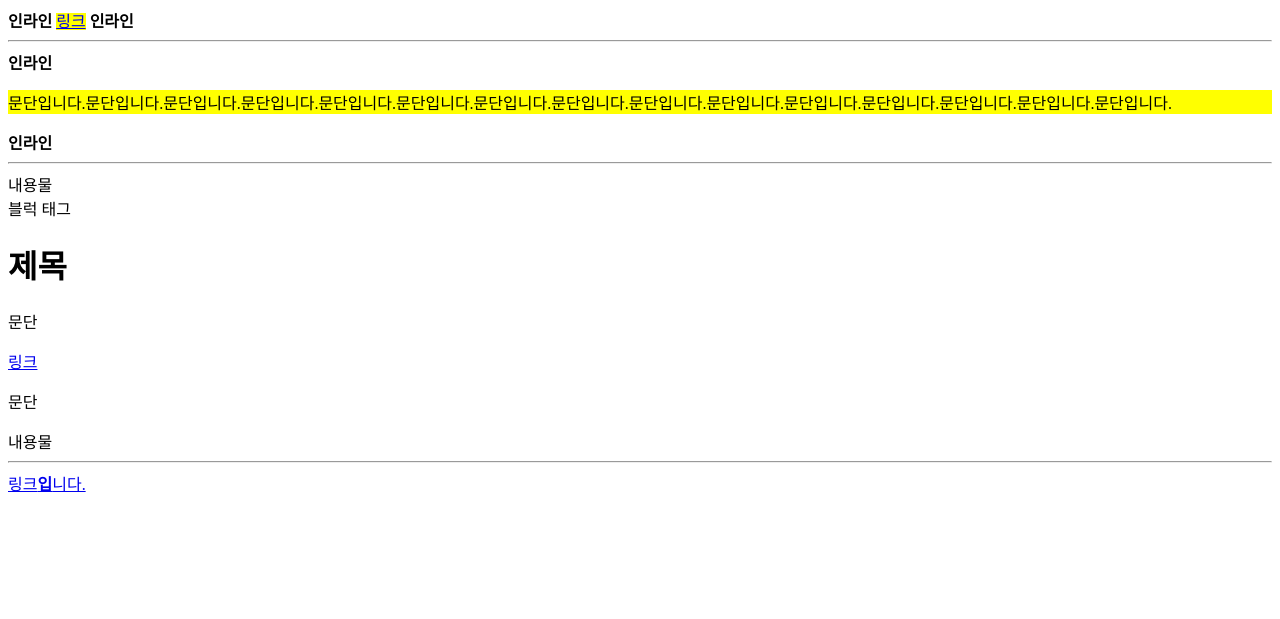
Repository: ssj5037/Class-Study
Page: [5] HTML, CSS, JavaScript/ClientTest/WebContent/Ex12_tag.html
The author's editor kept a copy of each file at every save. The page is drawn from the files as they stood at one save, then again after the next save.
The browser window is 1280 px wide. The pictures show the whole page.

Above is the page before, as saved 2020-06-19 03:27:07.

After the next save:
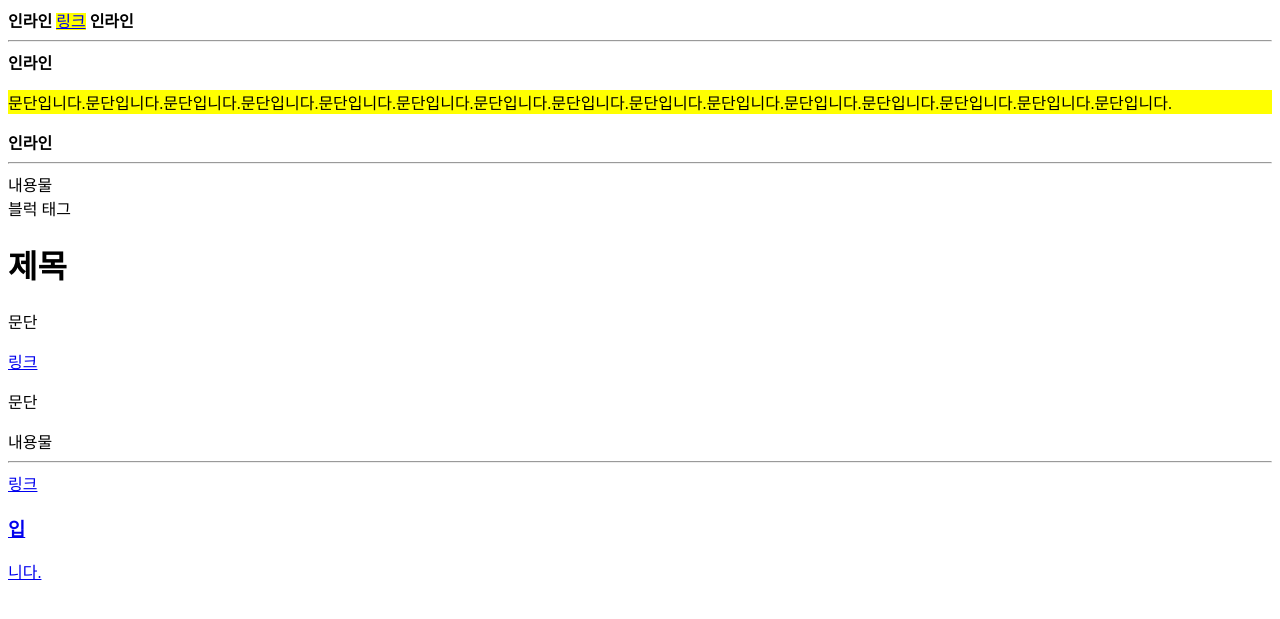
Saved 21 s later.
--- a/[5] HTML, CSS, JavaScript/ClientTest/WebContent/Ex12_tag.html
+++ b/[5] HTML, CSS, JavaScript/ClientTest/WebContent/Ex12_tag.html
@@ -60,7 +60,7 @@
 
 	<hr>
 
-	<a href="#">링크<b>입</b>니다.</a>
+	<a href="#">링크<h3>입</h3>니다.</a>
 
 
 </body>
